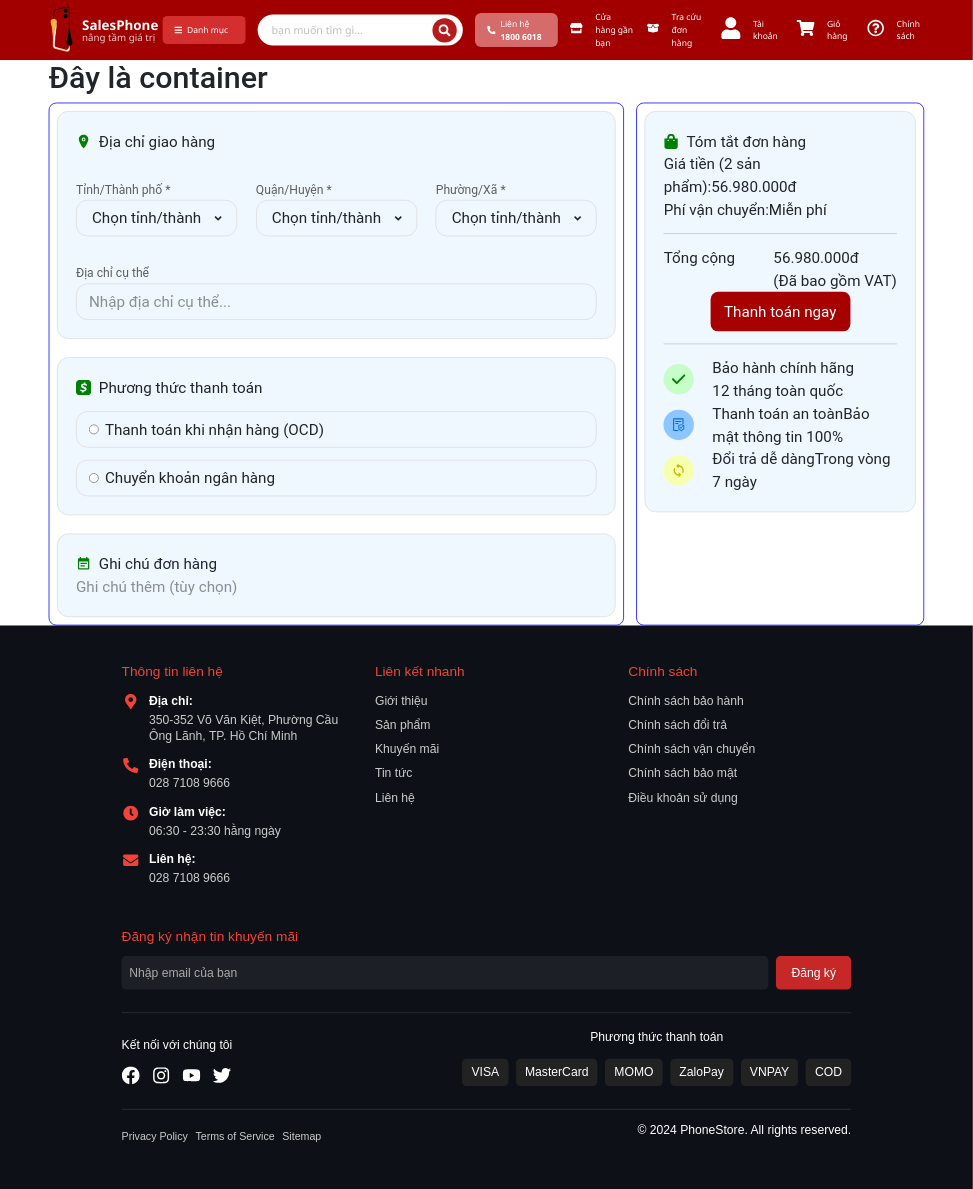
Repository: nguyenhuuluanTTB/cn-da22ttb-nguyenhuuluan-website_salesphone-nextjs_nodejs
Page: /order (app in Project_SalesPhone/client/salesphone/)
The author's editor kept a copy of each file at every save. The page is drawn from the files as they stood at one save, then again after the next save.
The browser window is 1280 px wide. The pictures show the whole page, at 76% of full size.
The project was rebuilt for these pictures with package versions that can differ from the ones it lists, and the page was loaded fresh each time. The framework's server and built-in components were replaced by stand-ins that run in the browser. Also part of the build but not shown: Project_SalesPhone/client/salesphone/next.config.ts.

Above is the page before, as saved 2025-12-02 01:28:36.

After the next save:
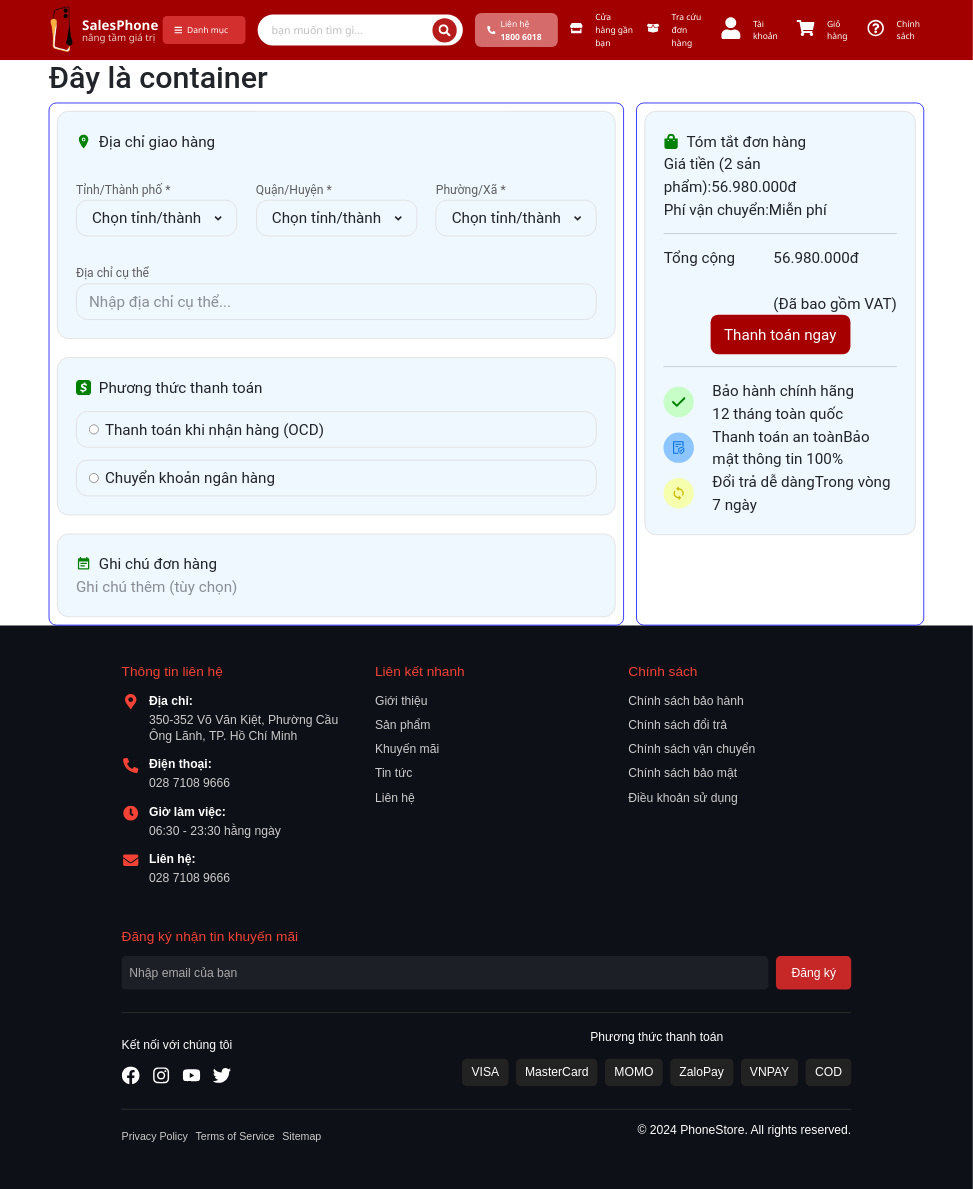
Saved 22 s later.
--- a/Project_SalesPhone/client/salesphone/app/order/page.tsx
+++ b/Project_SalesPhone/client/salesphone/app/order/page.tsx
@@ -115,7 +115,7 @@
                             <hr/>
                             <div className={styles.tien}>
                                 <span>Tổng cộng</span>
-                                <div>
+                                <div style={{display: 'flex', flexDirection: 'column'}}>
                                     <span>56.980.000đ</span><br /><span>(Đã bao gồm VAT)</span>
                                 </div>
                             </div>

After the save that followed:
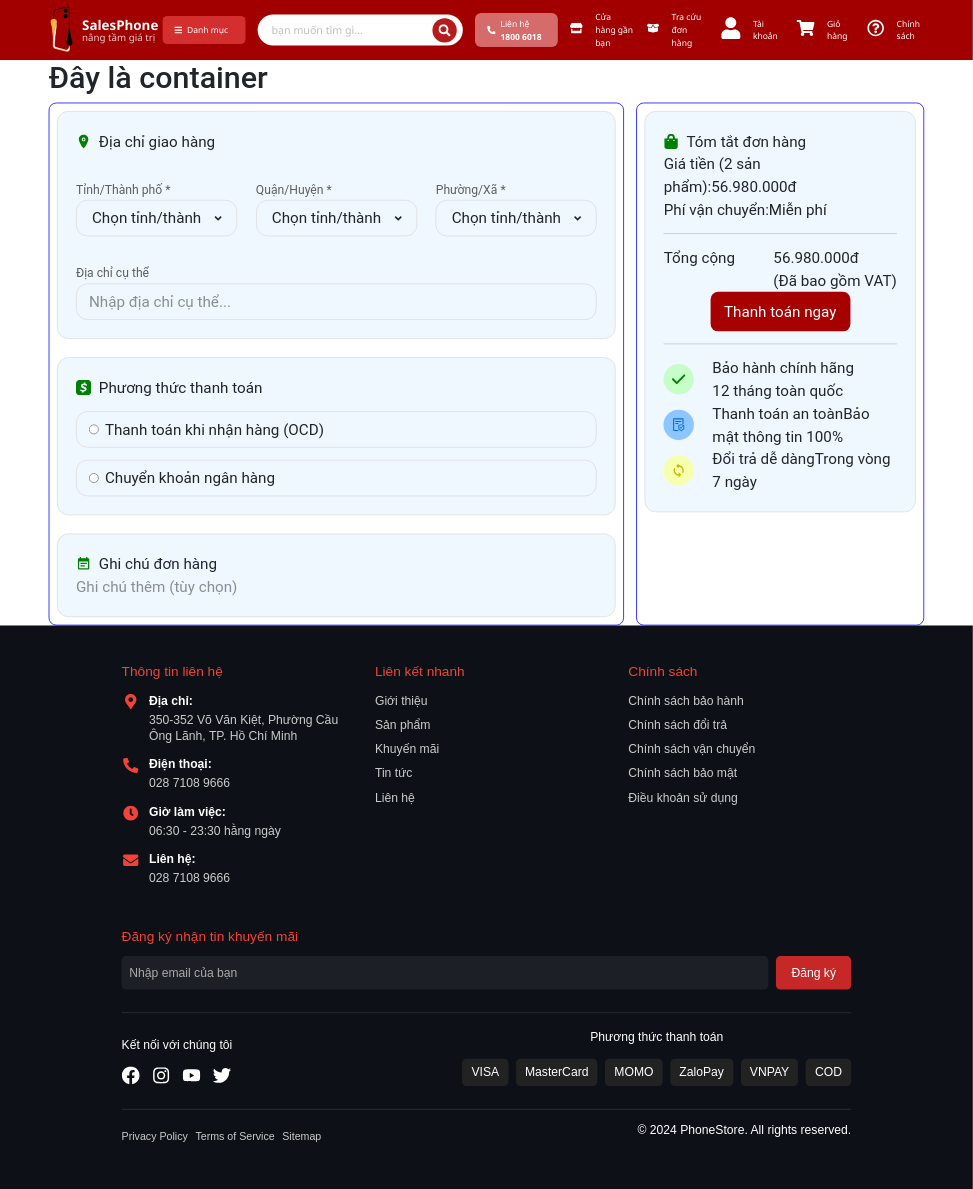
Saved 12 s later.
--- a/Project_SalesPhone/client/salesphone/app/order/page.tsx
+++ b/Project_SalesPhone/client/salesphone/app/order/page.tsx
@@ -116,7 +116,8 @@
                             <div className={styles.tien}>
                                 <span>Tổng cộng</span>
                                 <div style={{display: 'flex', flexDirection: 'column'}}>
-                                    <span>56.980.000đ</span><br /><span>(Đã bao gồm VAT)</span>
+                                    <span>56.980.000đ</span>
+                                    <span>(Đã bao gồm VAT)</span>
                                 </div>
                             </div>
 
